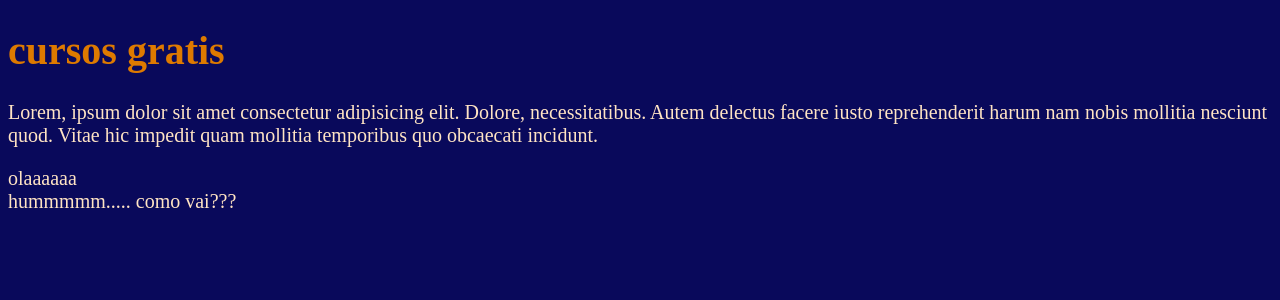
Repository: YuaneCastro/CRIANDO-UM-SITE--CURSO-GIT--GIT-HUB
Page: index.html
An editor plug-in stored every save of this project. The page is shown before and after the next save, followed by the edit.
The browser window is 1280 px wide. The pictures show the whole page.

Above is the page before, as saved 2025-08-14 00:45:25.

After the next save:
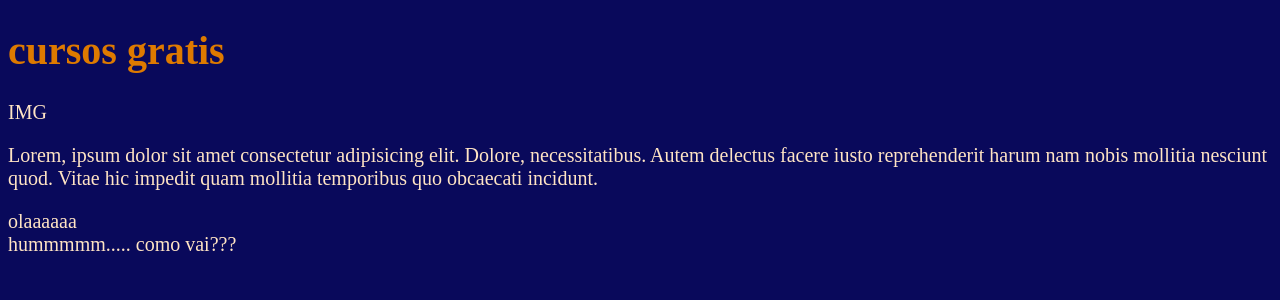
Saved 21 h 55 min later.
--- a/index.html
+++ b/index.html
@@ -11,6 +11,7 @@
         <h1>cursos gratis</h1>
     </head>
     <section>
+        IMG
         <p>Lorem, ipsum dolor sit amet consectetur adipisicing elit. Dolore, necessitatibus. Autem delectus facere iusto reprehenderit harum nam nobis mollitia nesciunt quod. Vitae hic impedit quam mollitia temporibus quo obcaecati incidunt.
         </p>
         <div>olaaaaaa</div>
